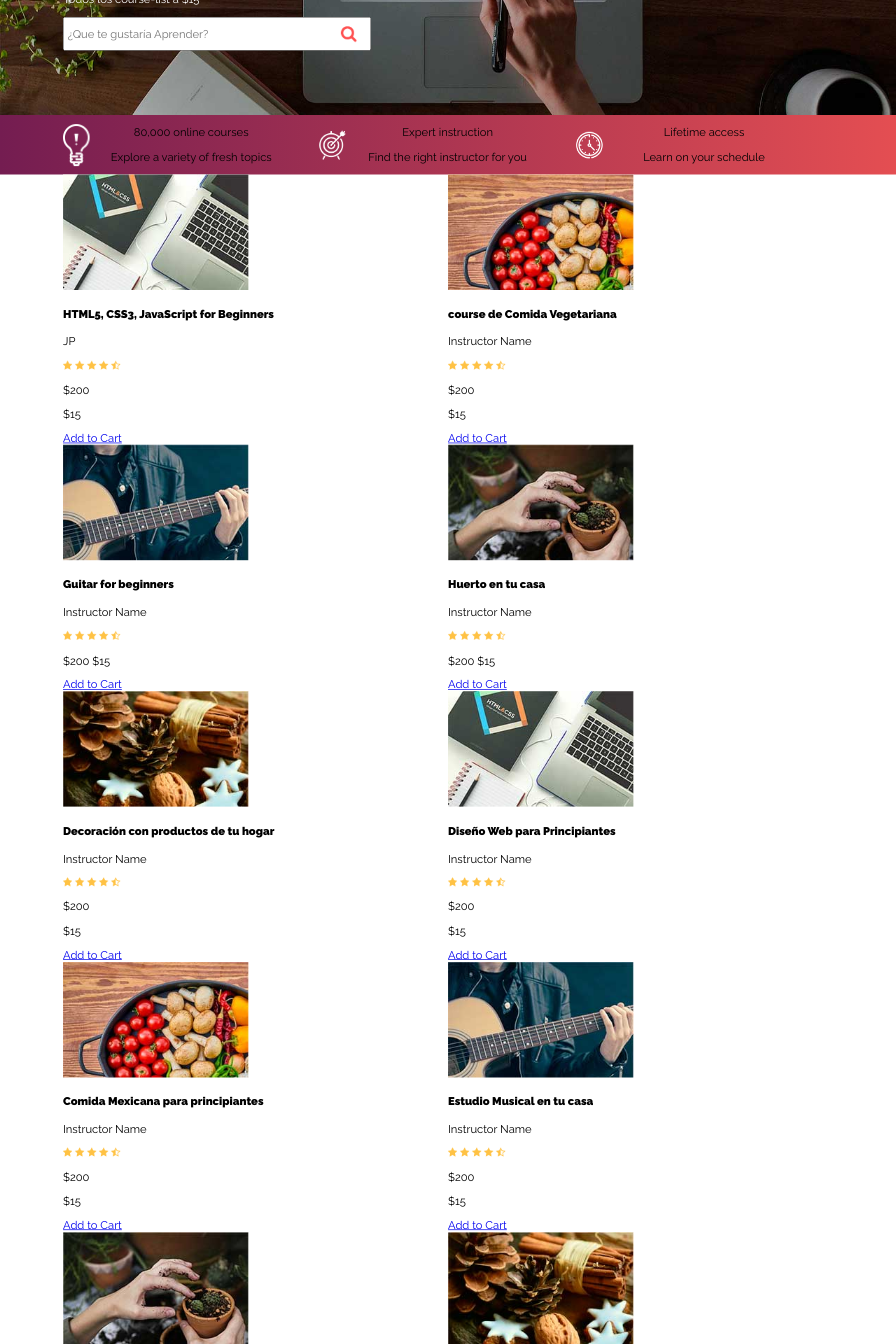
Repository: hoadoan99/UI-udemy-sass
Page: index.html
These files come from the project's save history. The page is drawn as it stood at one moment and after a run of saves; the edit follows.
The browser window is 1280 px wide. The pictures show the part of the page from y = 305 to 2225 px (the page is 2894 px tall), at 70% of full size.
The style sheet was rebuilt from its Sass, Less or Tailwind sources for each picture, by a compiler version that may differ from the author's.

Above is the page before, as saved 2021-08-19 14:02:23.

After the next 2 saves:
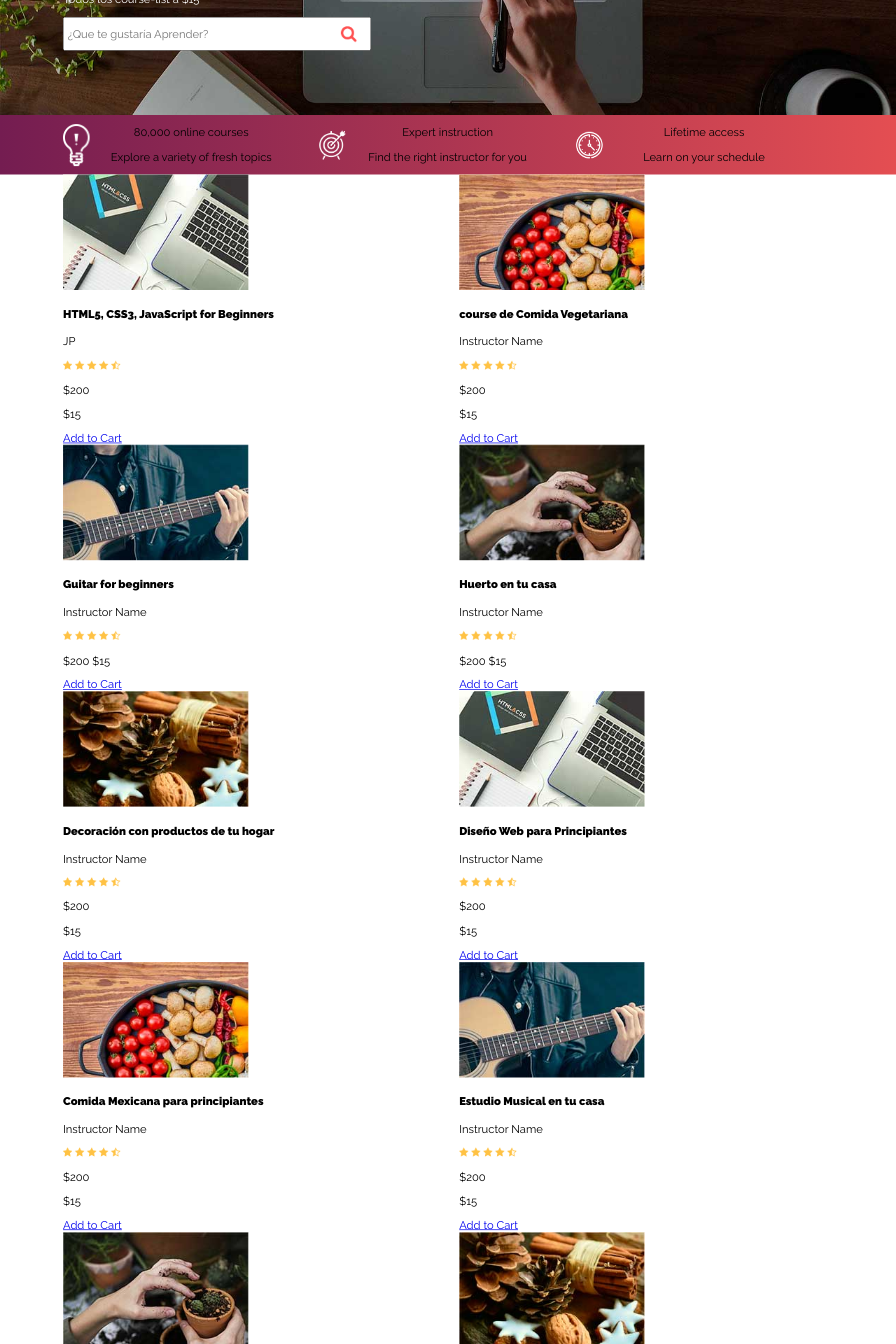
The 2 saves are shown as one change because they came seconds apart.
The last was saved 6 s later.
--- a/scss/app.scss
+++ b/scss/app.scss
@@ -117,6 +117,6 @@
   flex-wrap: wrap;
   justify-content: space-between;
   .course{
-    flex: 0 0 calc(50%);
+    flex: 0 0 calc(50% - 1rem);
   }
 }
